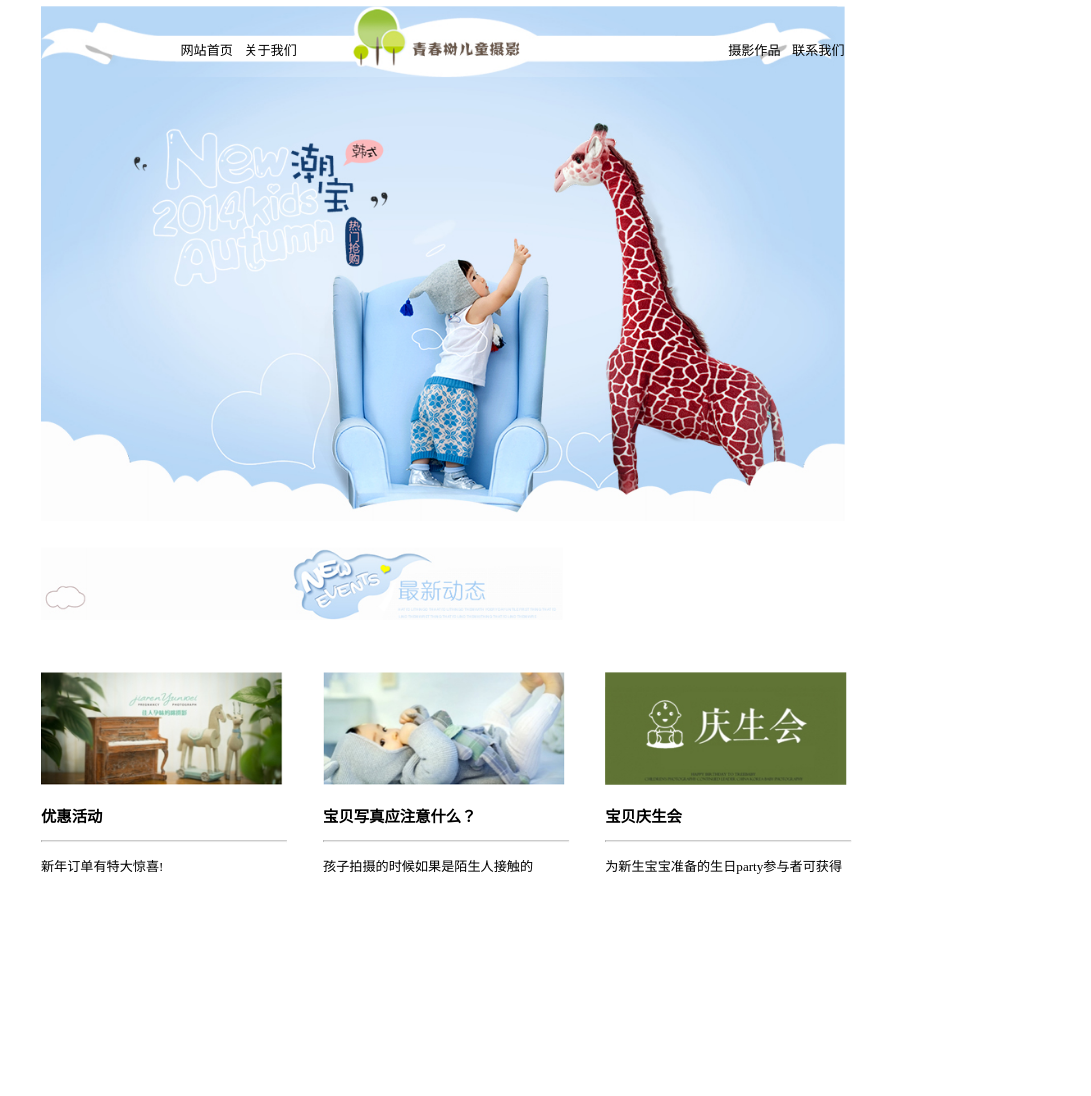
Repository: kxl666/kxl-Html
Page: 05.1.第五节任务(儿童摄影网)/index.html
An editor plug-in stored every save of this project. The page is shown before and after the next save, followed by the edit.
The browser window is 1280 px wide. The page is 1330 px wide, so the pictures cover 1330 px, including what lies to the right of the window. The pictures show the whole page, at 82% of full size.

Above is the page before, as saved 2021-09-16 22:02:17.

### 05.1.第五节任务(儿童摄影网)/index.html
<!DOCTYPE html>
<html lang="en">

<head>
    <meta charset="UTF-8">
    <meta http-equiv="X-UA-Compatible" content="IE=edge">
    <meta name="viewport" content="width=device-width, initial-scale=1.0">
    <title>Document</title>
    <link rel="stylesheet" href="style.css">
</head>

<body>
    <div class="content">
        <div class="header">
            <div class="dh">
                <div class="op">
                    <span>网站首页</span>
                    <span>关于我们</span>
                </div>
                <div class="po">
                    <span>摄影作品</span>
                    <span>联系我们</span>
                </div>
            </div>
        </div>

        <div class="midder">
            <img src="img/dongtai.jpg" id="img1">
            <div class="dt">
                <span>
                    <img src="img/news1.jpg">
                    <h3>优惠活动</h3>
                    <hr>
                    <p>新年订单有特大惊喜!</p>
                </span>
                <span>
                    <img src="img/news2.jpg">
                    <h3>宝贝写真应注意什么？</h3>
                    <hr>
                    <p>孩子拍摄的时候如果是陌生人接触的<br>

                    </p>
                </span>
                <span>
                    <img src="img/news3.jpg">
                    <h3>宝贝庆生会</h3>
                    <hr>
                    <p>为新生宝宝准备的生日party参与者可获得<br>
                    </p>
                </span>
            </div>
        </div>

        <div class="footer">

        </div>
    </div>
</body>

</html>

### 05.1.第五节任务(儿童摄影网)/style.css
.content {}

.header {
    margin: 0 auto;
    height: 660px;
    width: 1180px;
    background: url(img/bg.jpg) no-repeat;
    /* background-size:940px 570px; */
}



.dh {
    margin: 0 auto;
    background: url(img/nav.jpg) no-repeat;
    padding: 40px 0 0 120px;
    height: 46px;
    width: 1160px;
    /* margin-top: 10px;  */
}

.dh span {
    height: 10px;
    /* margin-top: 1px; */
    /* line-height: 10px; */
    padding-left: 10px;
}

.op {
    float: left;
    margin: 0 40px 0 40px;
}

.po {
    float: right;
    margin-right: 300px;
}

.midder {
    height: 660px;
    width: 1180px;
    margin: 0 auto;
}

#img1 {
    margin-bottom: 60px;
}
/* .dt {
    width: 1030px;
} */

.dt span {
    /* float: left; */
    display: inline-block;
    width: 300px;
    height: 200px;
    padding-left: 0px;
    padding-right: 40px;
}

After the next save:
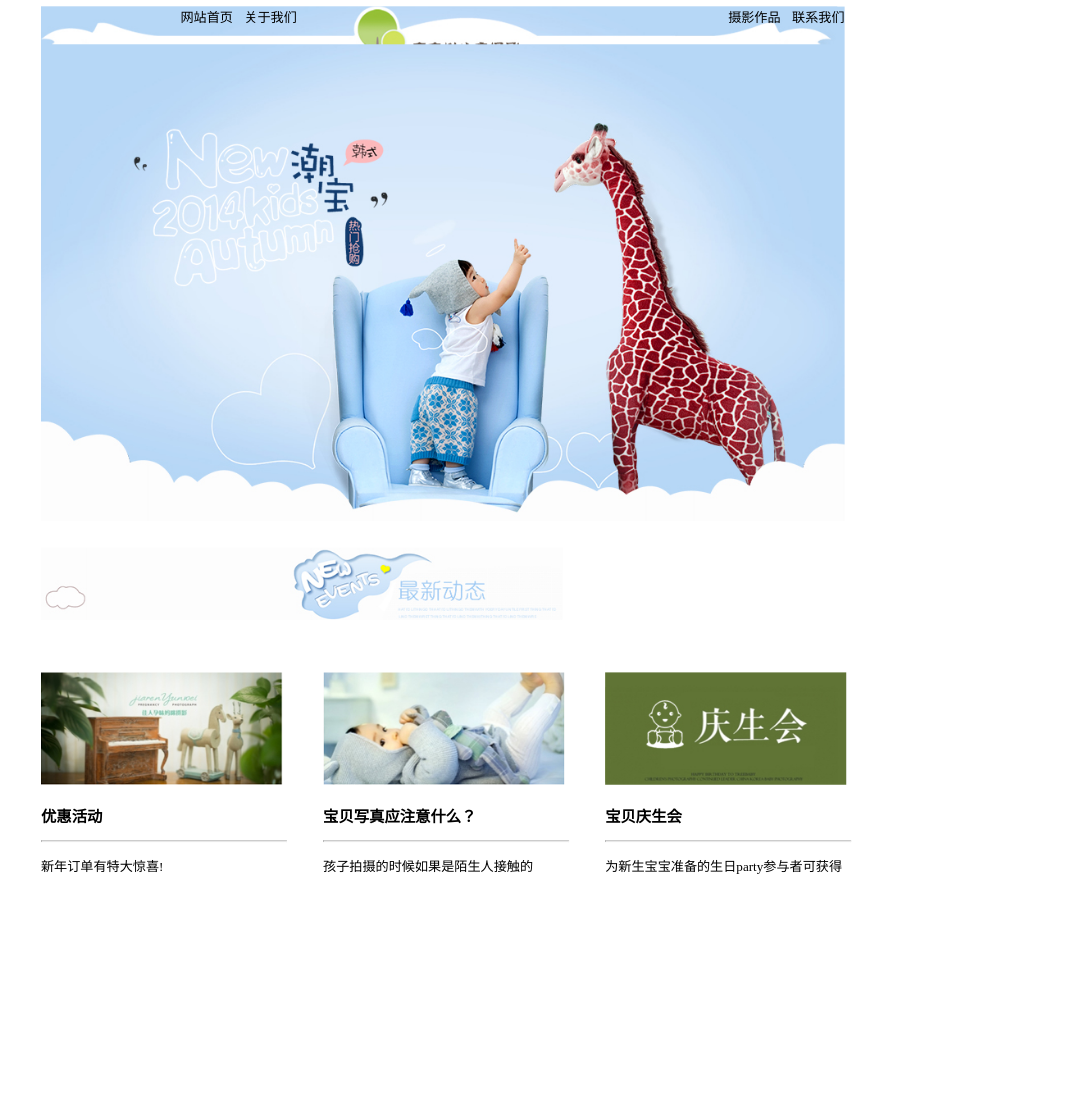
Saved 72 s later.
--- a/05.1.第五节任务(儿童摄影网)/style.css
+++ b/05.1.第五节任务(儿童摄影网)/style.css
@@ -13,7 +13,7 @@
 .dh {
     margin: 0 auto;
     background: url(img/nav.jpg) no-repeat;
-    padding: 40px 0 0 120px;
+    padding: 0px 0 0 120px;
     height: 46px;
     width: 1160px;
     /* margin-top: 10px;  */

After the save that followed:
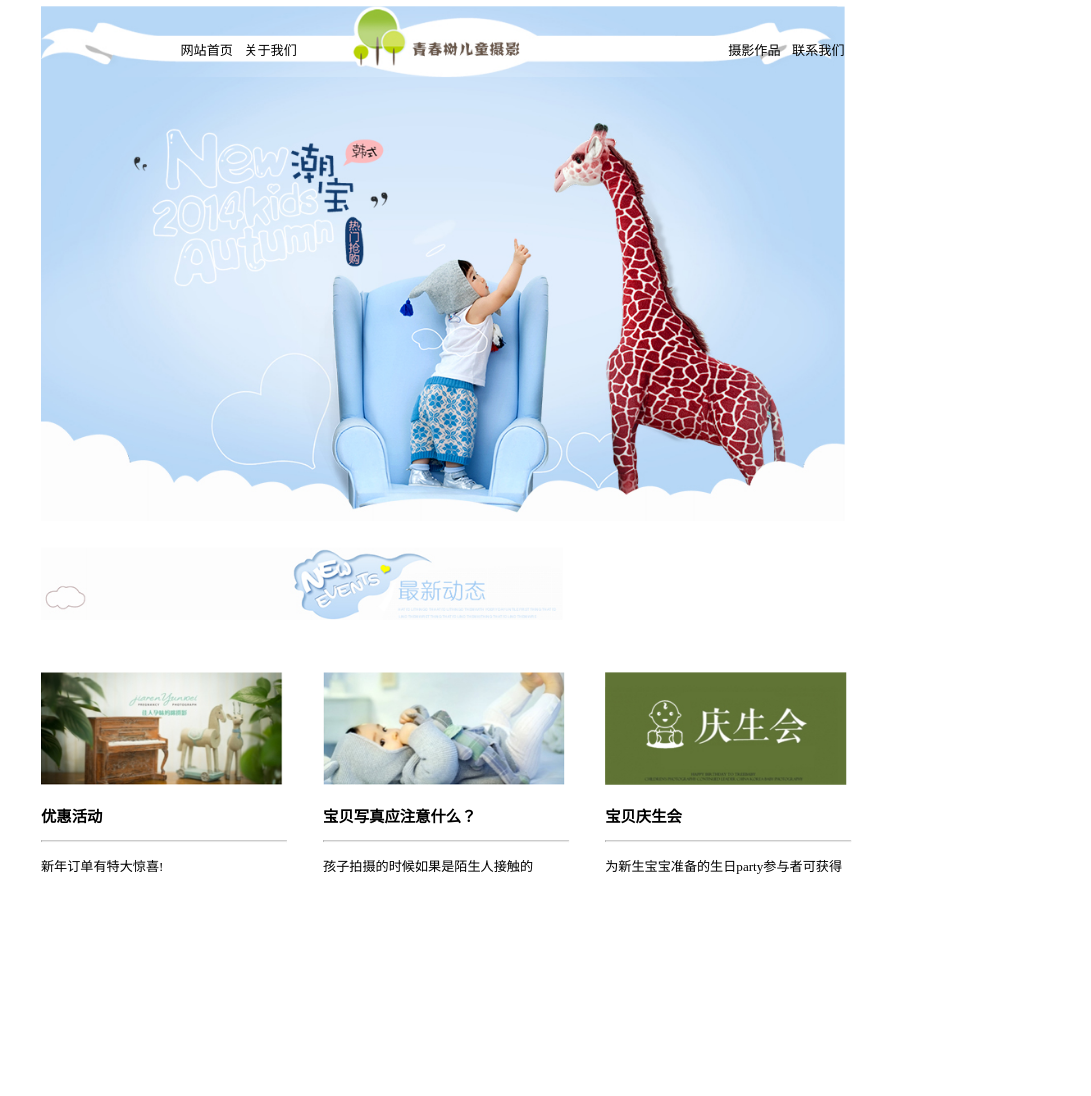
Saved 4 s later.
--- a/05.1.第五节任务(儿童摄影网)/style.css
+++ b/05.1.第五节任务(儿童摄影网)/style.css
@@ -13,7 +13,7 @@
 .dh {
     margin: 0 auto;
     background: url(img/nav.jpg) no-repeat;
-    padding: 0px 0 0 120px;
+    padding: 40px 0 0 120px;
     height: 46px;
     width: 1160px;
     /* margin-top: 10px;  */
